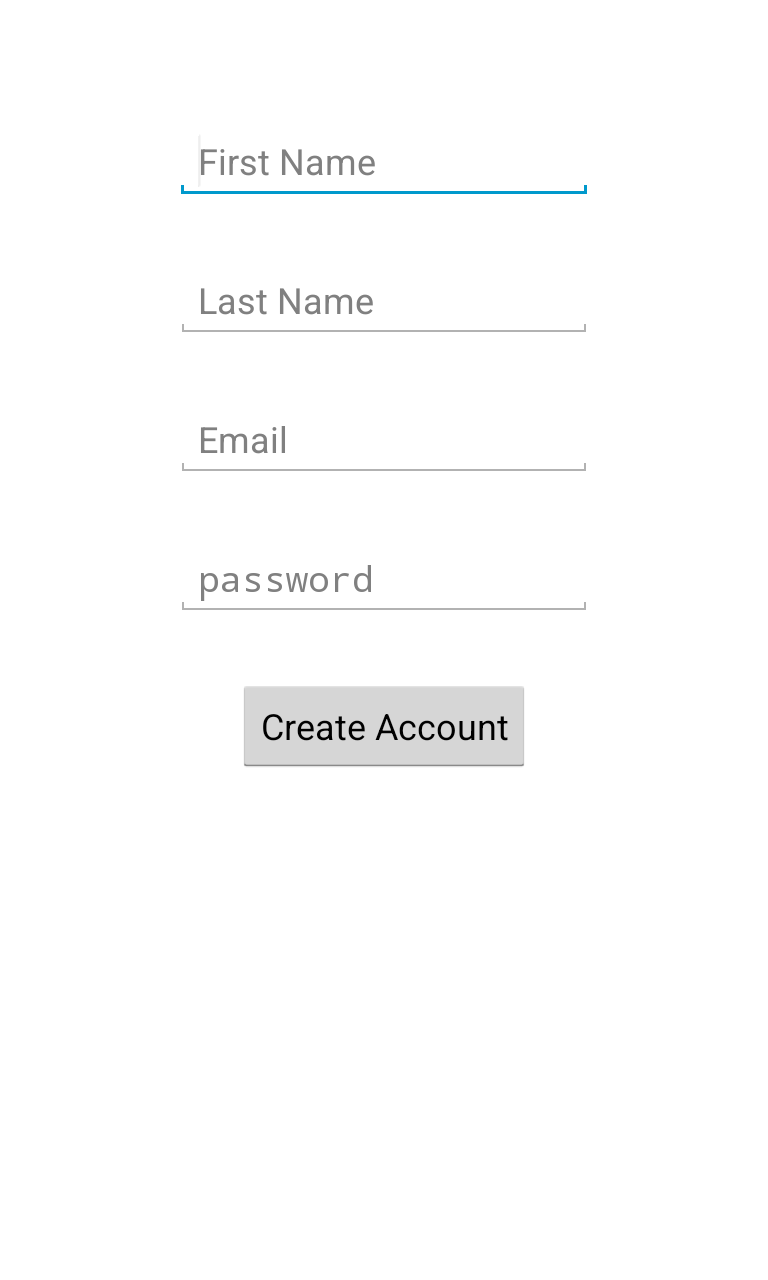
Repository: NarenPamza/Android_Template
Layout: LastNightParty/res/layout/activity_create_new_account.xml
An editor plug-in stored every save of this project. The layout is shown before and after the next save, followed by the edit.
It is drawn on a 768 x 1280 px phone screen (xhdpi) without system bars, with theme AppTheme; the app's code is not run. The app's manifest (not shown) leaves right-to-left support off. So textAlignment, textDirection and layoutDirection are ignored, and left and right values win over start and end ones.

Above is the layout before, as saved 2015-12-25 14:54:02.

After the next save:
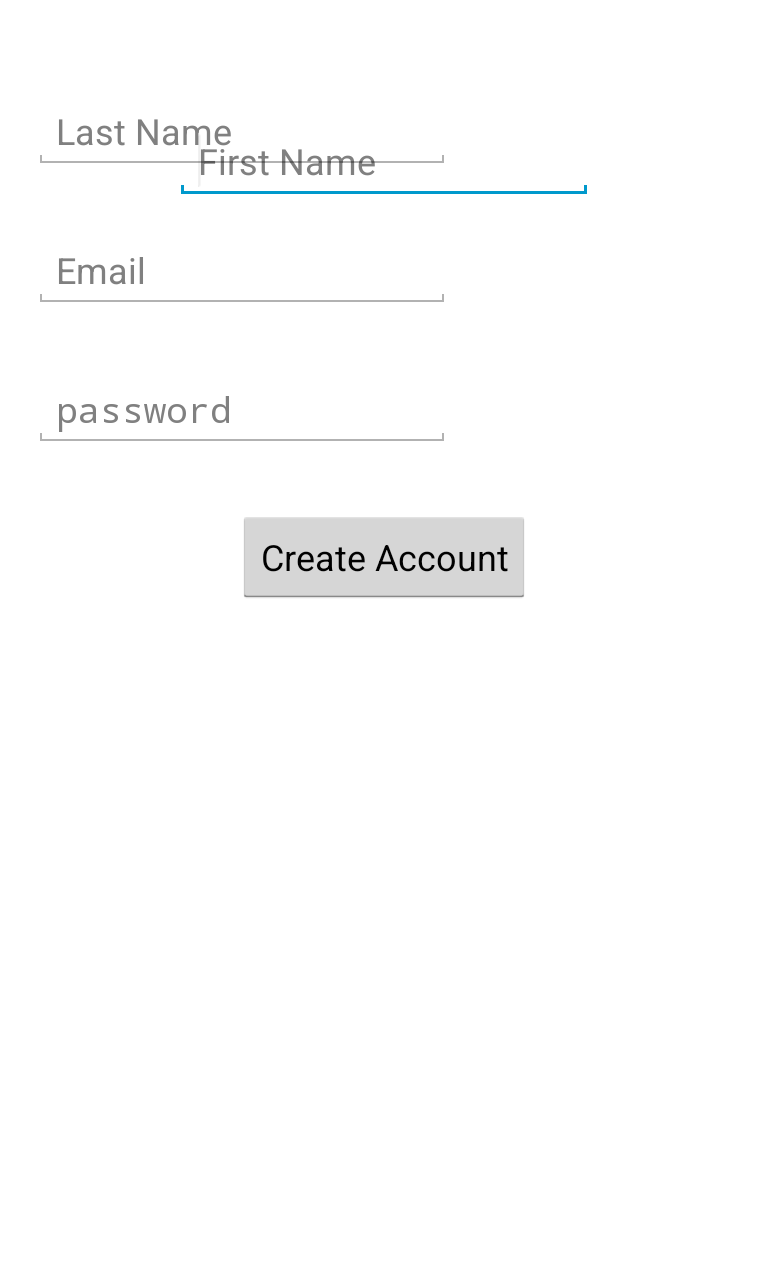
Saved 31 s later.
--- a/LastNightParty/res/layout/activity_create_new_account.xml
+++ b/LastNightParty/res/layout/activity_create_new_account.xml
@@ -27,8 +27,6 @@
         android:id="@+id/editText2"
         android:layout_width="wrap_content"
         android:layout_height="wrap_content"
-        android:layout_alignStart="@+id/editText1"
-        android:layout_below="@+id/editText1"
         android:layout_marginTop="30dp"
         android:hint="@string/last_name"
         android:ems="10"
